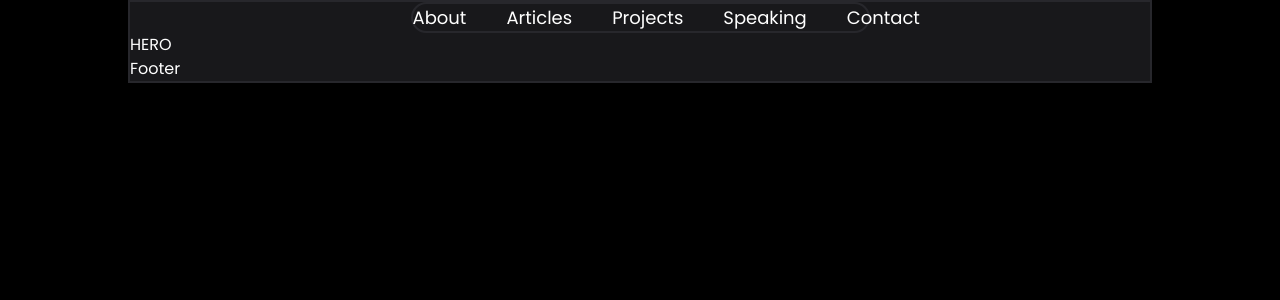
Repository: Wafaabahgat/Portfolio
Page: /
An editor plug-in stored every save of this project. The page is shown before and after the next save, followed by the edit.
The browser window is 1280 px wide. The pictures show the whole page.
The project was rebuilt for these pictures with package versions that can differ from the ones it lists, and the page was loaded fresh each time. Also part of the build but not shown: vite.config.ts, src/App.css, src/ErrorPage.tsx.

Above is the page before, as saved 2023-12-07 02:56:42.

### index.html
<!DOCTYPE html>
<html lang="en">
  <head>
    <meta charset="UTF-8" />
    <link rel="icon" type="image/svg+xml" href="/vite.svg" />
    <meta name="viewport" content="width=device-width, initial-scale=1.0" />
    <link rel="preconnect" href="https://fonts.googleapis.com" />
    <link rel="preconnect" href="https://fonts.gstatic.com" crossorigin />
    <link
      href="https://fonts.googleapis.com/css2?family=Poppins:wght@200;300;400;500;600;700;800&display=swap"
      rel="stylesheet"
    />
    <title>My Portfilio</title>
  </head>
  <body>
    <div id="root"></div>
    <script type="module" src="/src/main.tsx"></script>
  </body>
</html>

### src/main.tsx
import { RouterProvider } from "react-router-dom";
import ReactDOM from "react-dom/client";
import "./index.css";
import router from "./App";

ReactDOM.createRoot(document.getElementById("root")!).render(
  <RouterProvider router={router} />
);

### src/index.css
@tailwind base;
@tailwind components;
@tailwind utilities;

* {
  font-family: "Poppins", sans-serif;
}

:root {
  --primary: #000;
  --secondary: rgb(24 24 27);
  --border: rgb(63, 63, 70, 0.4);
}
.light {
  --primary: #fff;
}

body {
  background-color: var(--primary);
  color: #fff;
}

html {
  /* max-width: 2000px; */
  margin: 0;
  padding: 0;
}

.container {
  width: 80%;
  margin-left: auto;
  margin-right: auto;
  background-color: var(--secondary);
  border: 2px solid var(--border);
}

.line {
  border: 1px solid var(--border);
  margin: 1rem 0;
}
.border-h {
  border: 2px solid var(--border);
}

### src/App.tsx
import "./App.css";
import { createBrowserRouter } from "react-router-dom";
// import Root from "@pages/root";
import Root from "./pages/root";

import { Home } from "./pages/index";
import ErrorPage from "./ErrorPage";

const router = createBrowserRouter([
  {
    path: "/",
    element: <Root />,
    errorElement: <ErrorPage />,
    children: [
      {
        index: true,
        path: "/",
        element: <Home />,
      },
    ],
  },
]);

export default router;

### src/pages/root.tsx
import { Outlet } from "react-router-dom";
import Header from "../components/layouts/Header";
import Footer from "../components/layouts/Footer";

const Root = () => {
  return (
    <div className="container">
      <Header />
      <Outlet />
      <Footer />
    </div>
  );
};

export default Root;

### src/components/layouts/Header.tsx
import { FC } from "react";
import { useLocation, Link } from "react-router-dom";
import { cn } from "../../utils";

interface HeaderProps {}

const links = [
  {
    link: "/about",
    name: "about",
  },
  {
    link: "/articles",
    name: "articles",
  },
  {
    link: "/projects",
    name: "projects",
  },
  {
    link: "/speaking",
    name: "speaking",
  },
  {
    link: "/contact",
    name: "contact",
  },
];

const Header: FC<HeaderProps> = () => {
  const { pathname } = useLocation();

  return (
    <>
      <div className="">
        <nav className="flex gap-10 border-h rounded-full w-[45%] mx-auto ">
          {links?.map((e, i) => (
            <Link
              key={i}
              to={e?.link}
              className={cn(
                pathname === e?.link
                  ? "text-main-light font-semibold"
                  : "text-white ",
                "capitalize text-[18px] whitespace-nowrap mx-auto"
              )}
            >
              {e?.name}
            </Link>
          ))}
        </nav>
      </div>
    </>
  );
};

export default Header;

### src/components/layouts/Footer.tsx
import { FC } from "react";

interface FooterProps {}

const Footer: FC<FooterProps> = () => {
  return (
    <>
      <div>Footer</div>
    </>
  );
};

export default Footer;

### src/pages/Home.tsx
import { FC } from "react";
import Hero from "../components/home/Hero";

interface HomeProps {}

const Home: FC<HomeProps> = () => {
  return (
    <>
      <div>
        <Hero />
      </div>
    </>
  );
};

export default Home;

### src/components/home/Hero.tsx
import { FC } from "react";

interface HeroProps {}

const Hero: FC<HeroProps> = () => {
  return (
    <>
      <div>HERO</div>
    </>
  );
};

export default Hero;

### tailwind.config.js
/** @type {import('tailwindcss').Config} */
export default {
  content: ["./index.html", "./src/**/*.{js,ts,jsx,tsx}"],
  darkMode: "class",
  theme: {
    extend: {
      colors: {
        main: "#252466",
        "main-light": "#3873FF",
        "sub-dark": "#252466",
        "main-dark": "#41427D",
        "text-color": "#FCFCFC",
        "text-gray": "#667085",
        "text-primary": "#9795B5",
      },
      // gridTemplateColumns: {
      //   prod: "repeat(auto-fit, minmax(130px, 1fr))",
      //   plog: "repeat(auto-fit, minmax(300px, 1fr))",
      // },
    },
  },
  plugins: [],
};

Loaded but not shown: src/pages/index.ts (common file); src/utils.ts (common file)

After the next save:
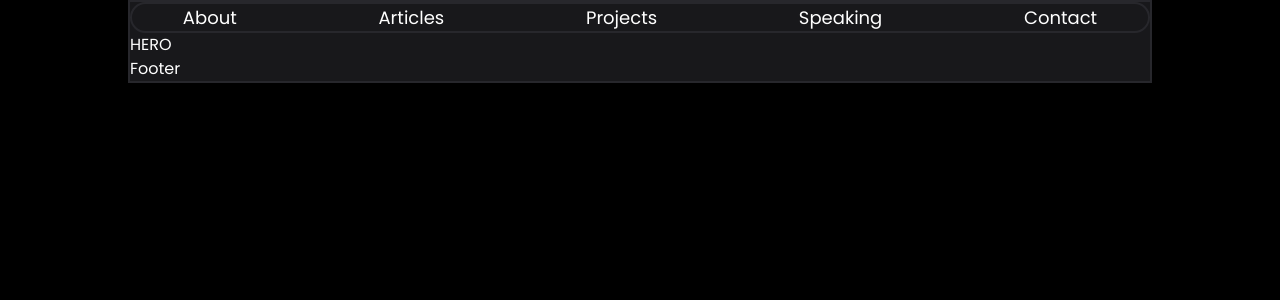
Saved 7 s later.
--- a/src/components/layouts/Header.tsx
+++ b/src/components/layouts/Header.tsx
@@ -33,7 +33,7 @@ const Header: FC<HeaderProps> = () => {
   return (
     <>
       <div className="">
-        <nav className="flex gap-10 border-h rounded-full w-[45%] mx-auto ">
+        <nav className="flex gap-10 border-h rounded-full mx-auto ">
           {links?.map((e, i) => (
             <Link
               key={i}
